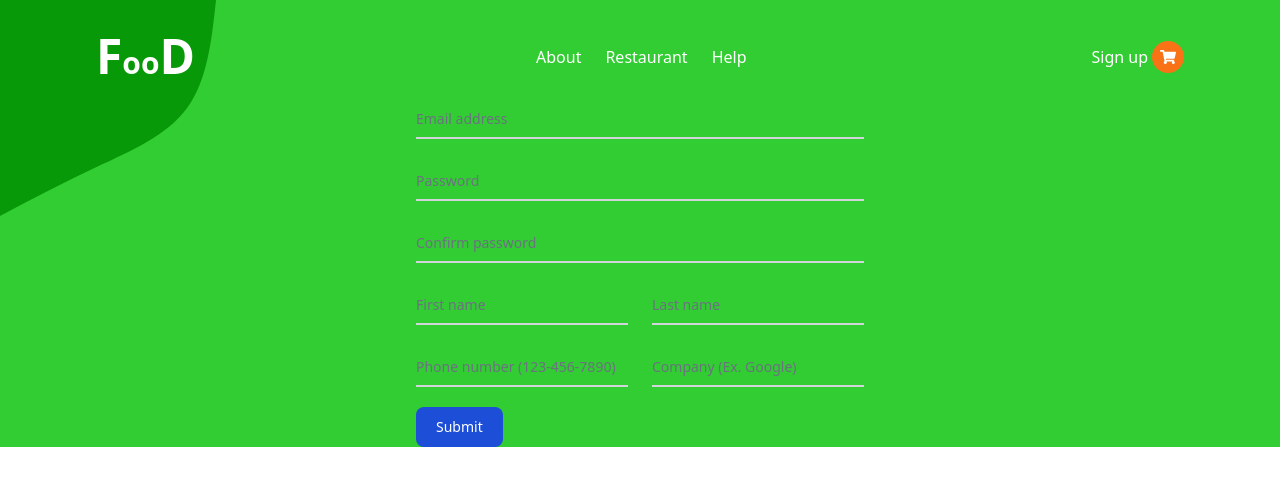
Repository: KhushiCode14/FoodWeb
Page: /signUp (app in frontend/)
An editor plug-in stored every save of this project. The page is shown before and after the next save, followed by the edit.
The browser window is 1280 px wide. The pictures show the whole page.
The project was rebuilt for these pictures with package versions that can differ from the ones it lists, and the page was loaded fresh each time. Also part of the build but not shown: frontend/src/Pages/Home.tsx, frontend/src/components/Home/SignIn.tsx, frontend/src/components/Home/Cart.tsx.

Above is the page before, as saved 2024-09-20 19:54:34.

After the next save:
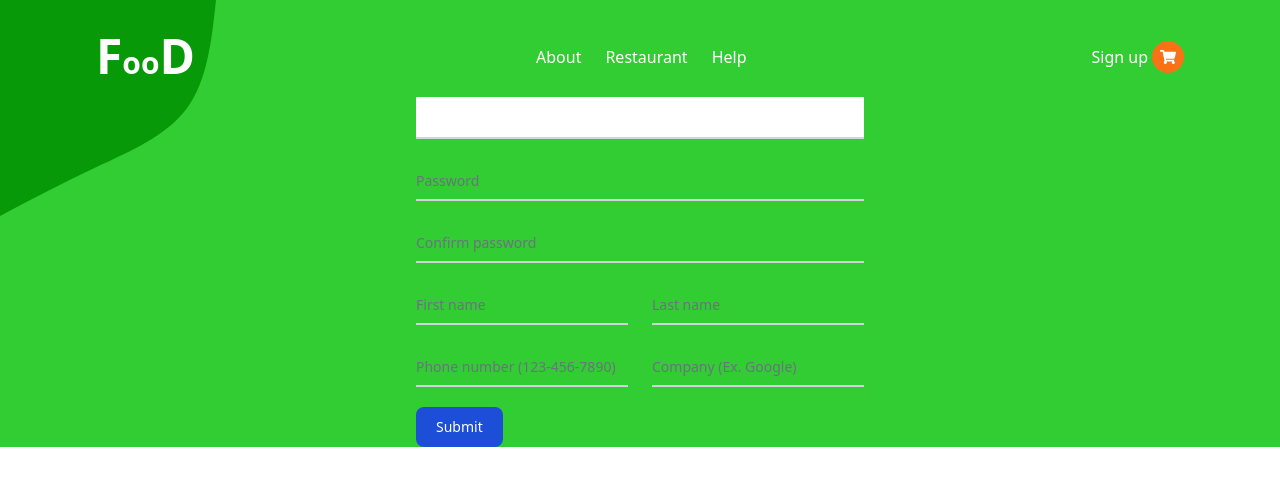
Saved 22 s later.
--- a/frontend/src/components/Home/SignUp.tsx
+++ b/frontend/src/components/Home/SignUp.tsx
@@ -28,7 +28,7 @@ const FormComponent: React.FC = () => {
           type="email"
           name="email"
           id="floating_email"
-          className="block py-2.5 px-0 w-full text-sm text-gray-900 bg-transparent border-0 border-b-2 border-gray-300 appearance-none dark:text-white dark:border-gray-600 dark:focus:border-blue-500 focus:outline-none focus:ring-0 focus:border-blue-600 peer"
+          className="block py-2.5 px-0 w-full text-sm text-whitebg-transparent border-0 border-b-2 border-gray-300 appearance-none dark:text-white dark:border-gray-600 dark:focus:border-blue-500 focus:outline-none focus:ring-0 focus:border-blue-600 peer"
           placeholder=" "
           value={formData.email}
           onChange={handleChange}

After the save that followed:
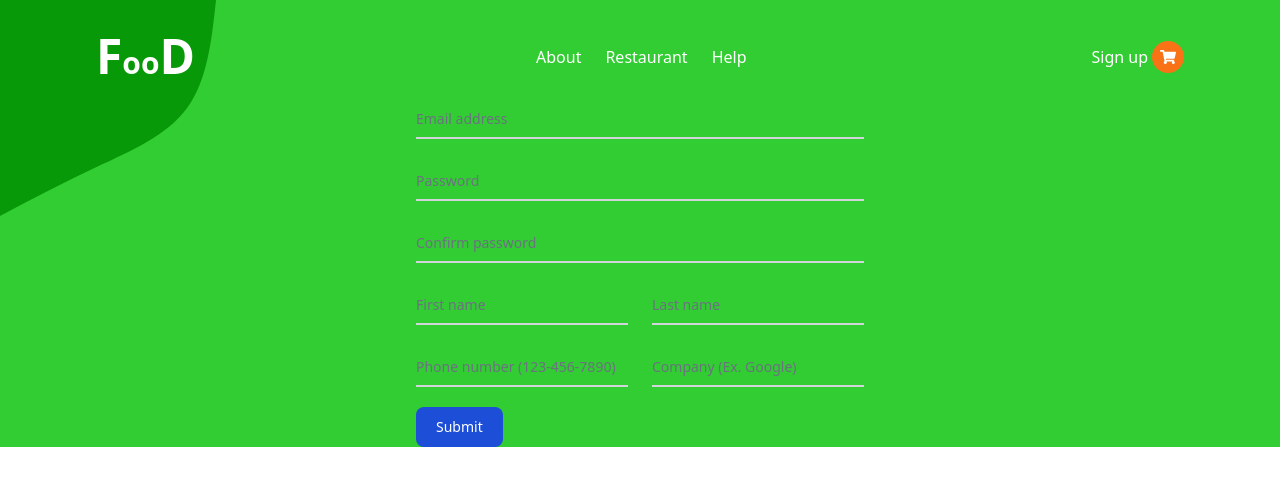
Saved 5 s later.
--- a/frontend/src/components/Home/SignUp.tsx
+++ b/frontend/src/components/Home/SignUp.tsx
@@ -28,7 +28,7 @@ const FormComponent: React.FC = () => {
           type="email"
           name="email"
           id="floating_email"
-          className="block py-2.5 px-0 w-full text-sm text-whitebg-transparent border-0 border-b-2 border-gray-300 appearance-none dark:text-white dark:border-gray-600 dark:focus:border-blue-500 focus:outline-none focus:ring-0 focus:border-blue-600 peer"
+          className="block py-2.5 px-0 w-full text-sm text-white bg-transparent border-0 border-b-2 border-gray-300 appearance-none dark:text-white dark:border-gray-600 dark:focus:border-blue-500 focus:outline-none focus:ring-0 focus:border-blue-600 peer"
           placeholder=" "
           value={formData.email}
           onChange={handleChange}
